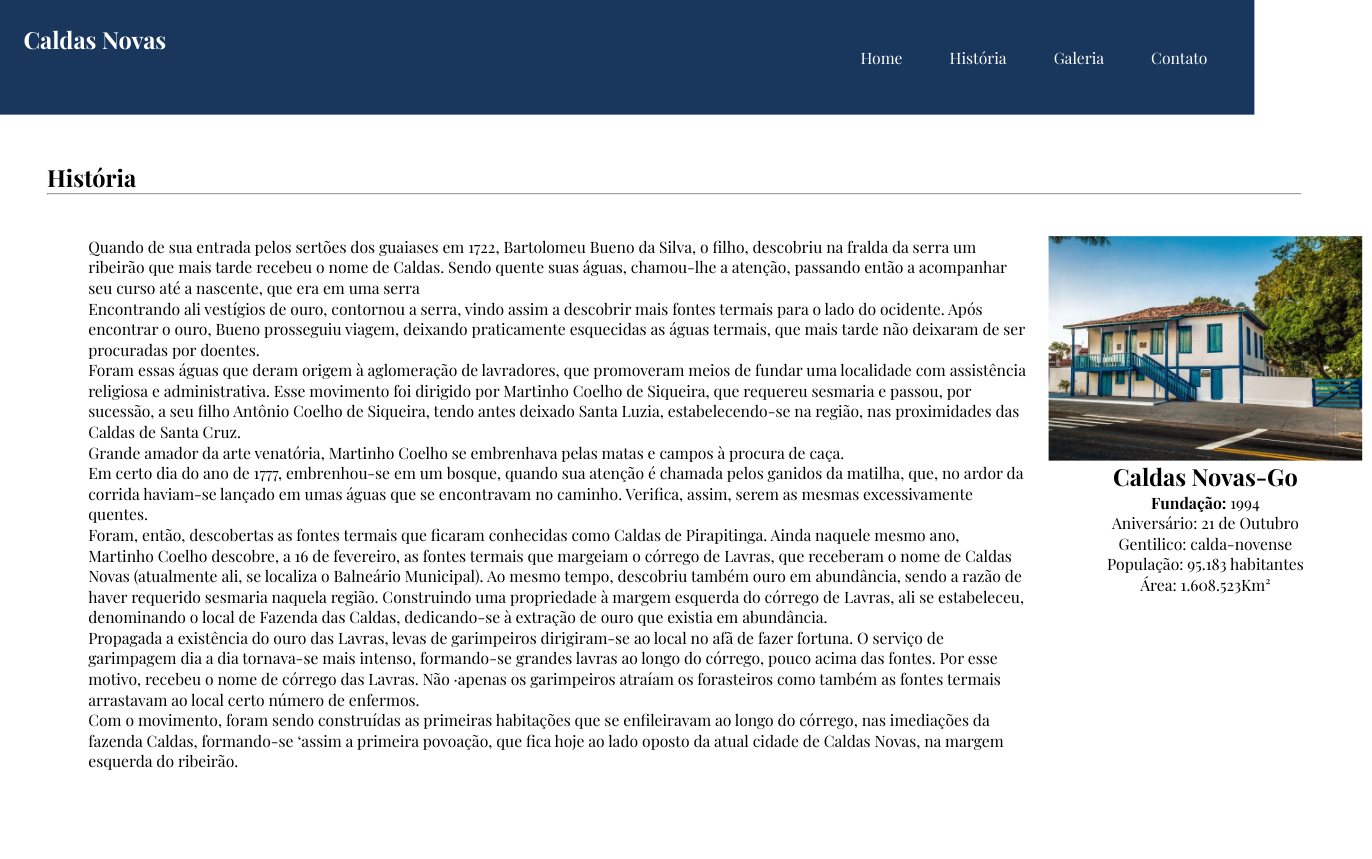
Repository: AbiezerSidonioJoseOdanacaJunior/DesafioLocalTuristico
Page: index.html
An editor plug-in stored every save of this project. The page is shown before and after the next save, followed by the edit.
The browser window is 1280 px wide. The page is 1400 px wide, then 1368 px, so the pictures cover 1400 px, including what lies to the right of the window. The pictures show the whole page, at 98% of full size.
Some web fonts or font styles are not loaded; a fallback is used.

Above is the page before, as saved 2024-11-11 15:56:43.

After the next save:
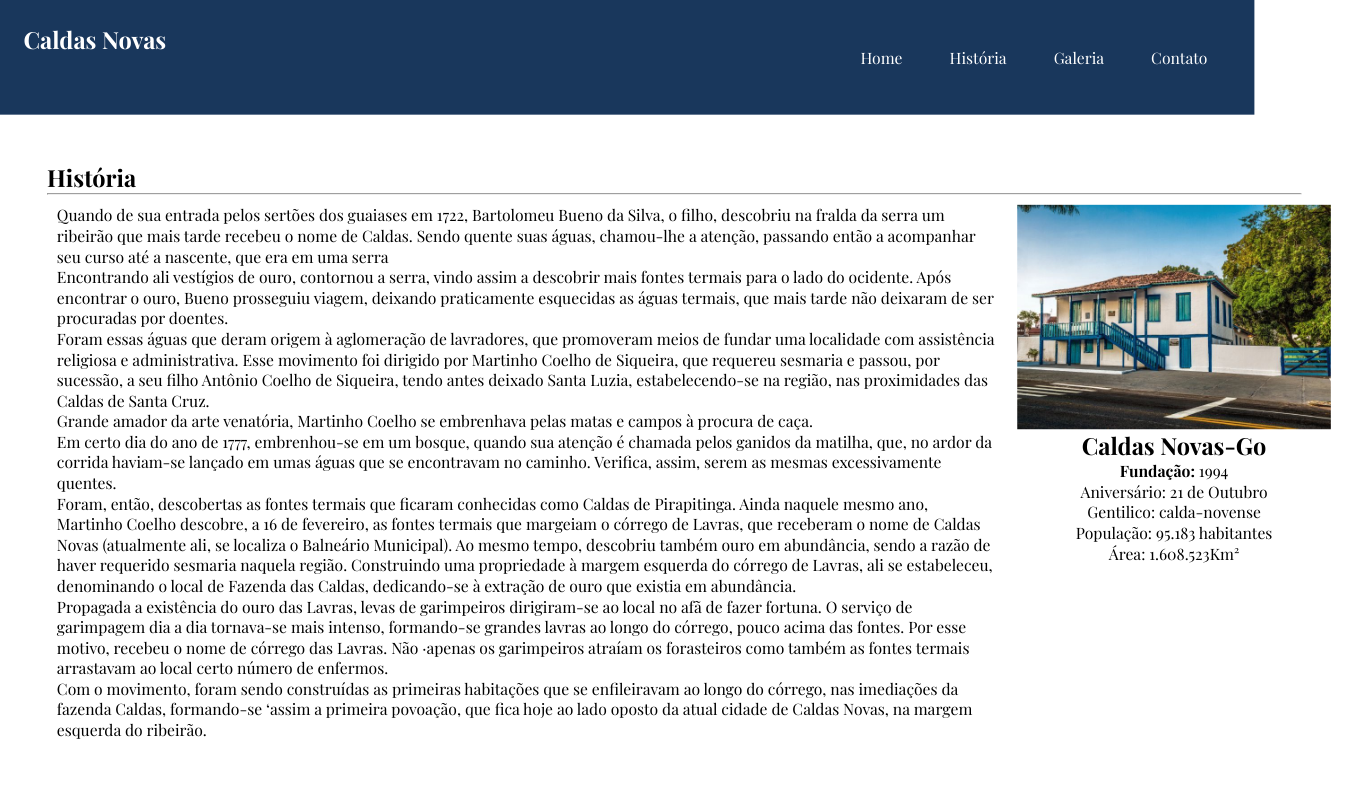
Saved 30 s later.
--- a/css/style.css
+++ b/css/style.css
@@ -46,8 +46,7 @@
 #about {
     width: 100%;
     display: flex;
-    margin: 16px;
-    padding: 16px;
+
 }
 
 #text-history {
